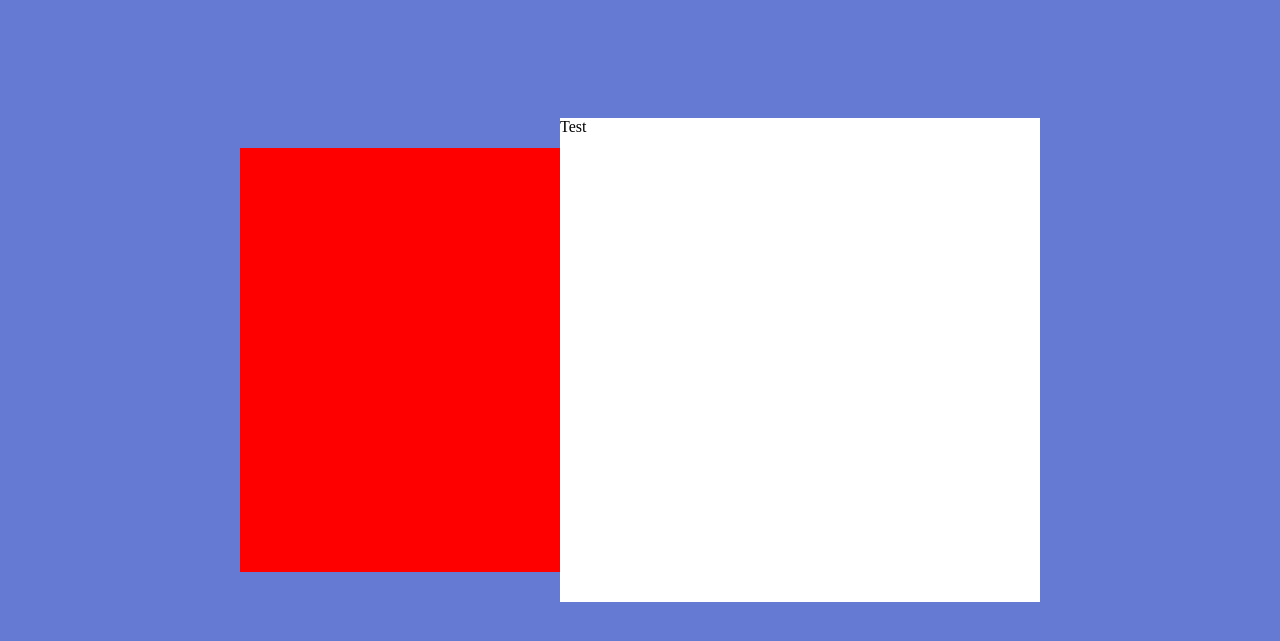
Repository: RugileG/registracijos-forma
Page: index.html
The author's editor kept a copy of each file at every save. The page is drawn from the files as they stood at one save, then again after the next save.
The browser window is 1280 px wide. The pictures show the whole page.

Above is the page before, as saved 2021-05-17 11:53:10.

### index.html
<!DOCTYPE html>
<html lang="en">
<head>
    <meta charset="UTF-8">
    <meta http-equiv="X-UA-Compatible" content="IE=edge">
    <meta name="viewport" content="width=device-width, initial-scale=1.0">
    <title>Registracija</title>
    <style>

        html {
            height: 100%;
        }

        body {
            max-width: 800px;
            min-height: 100%;
            margin: 0 auto;
            position: relative;
            background-color: #657AD3;
        }

        .container {
            width: 100%;
            position: absolute;
            top: 50%;
            transform: translateY(-50%);
        }

        .left-column, .right-column {
            float:left;
            height: 484px;
        }

        .left-column {
            width: 40%;
            background-color: transparent;
        }

        .right-column {
            width: 60%;
            background-color: #FFFFFF ;
        }

        .left-column-container {
            display: block;
            height: 424px;
            background-color: red;
            margin-top: 30px;

        }


    </style>
</head>
<body>
    <div class='container'>
        <div class='left-column'>
            <div class='left-column-container'>

            </div>
        </div>
        <div class='right-column'>Test</div>
    </div>
</body>
</html>

After the next save:
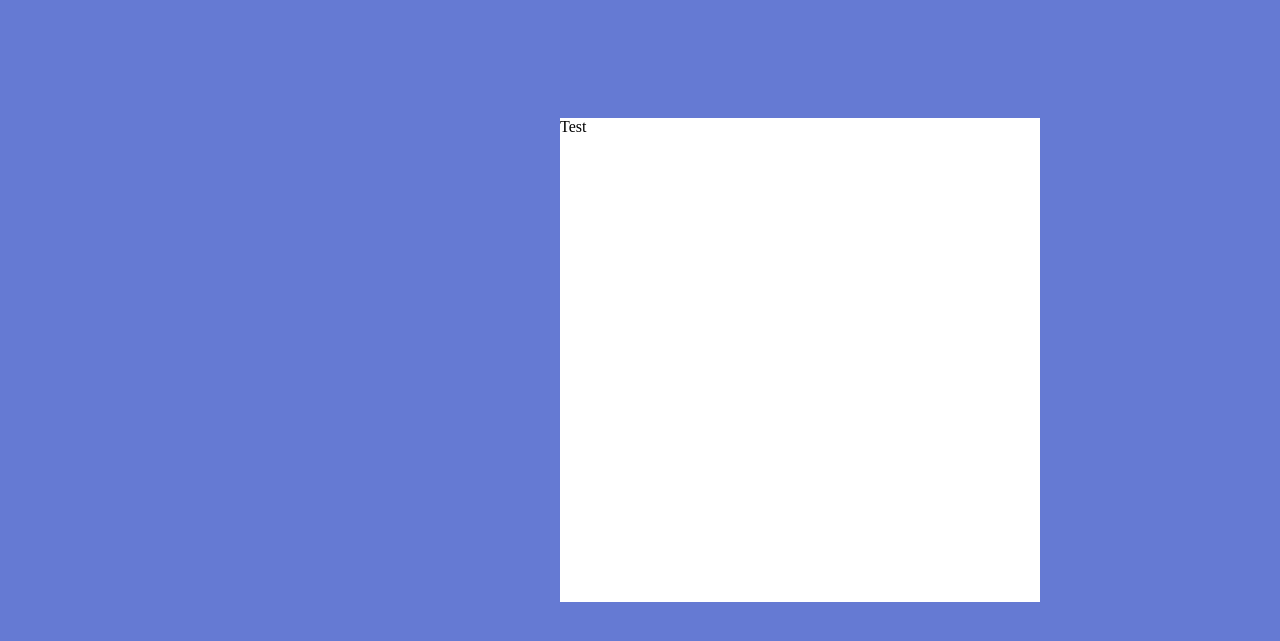
Not found: img/Rectangle 2.png
Saved 2 min 1 s later.
--- a/index.html
+++ b/index.html
@@ -46,7 +46,7 @@
             height: 424px;
             background-color: red;
             margin-top: 30px;
-
+            background: transparent url('img/Rectangle 2.png') 0% 0% no-repeat padding-box;
         }
 
 

After the save that followed:
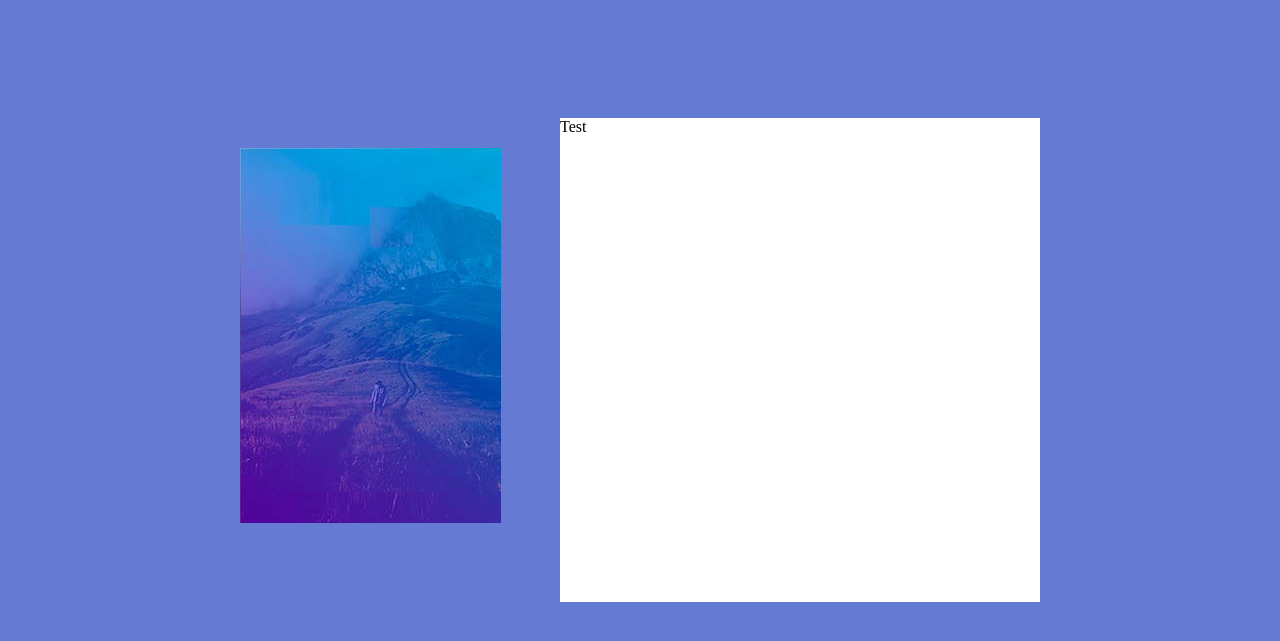
Saved 13 s later.
--- a/index.html
+++ b/index.html
@@ -46,7 +46,7 @@
             height: 424px;
             background-color: red;
             margin-top: 30px;
-            background: transparent url('img/Rectangle 2.png') 0% 0% no-repeat padding-box;
+            background: transparent url('img/mountain.png') 0% 0% no-repeat padding-box;
         }
 
 
